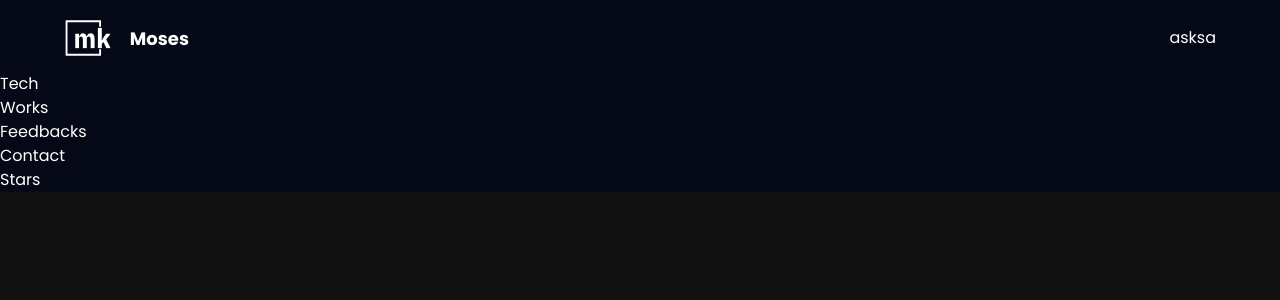
Repository: mosesvk/Portfolio_23
Page: /
An editor plug-in stored every save of this project. The page is shown before and after the next save, followed by the edit.
The browser window is 1280 px wide. The pictures show the whole page.
The project was rebuilt for these pictures with package versions that can differ from the ones it lists, and the page was loaded fresh each time. Also part of the build but not shown: next.config.js, vite.config.js, src/components/canvas/Earth.jsx, src/components/canvas/Ball.jsx, src/components/canvas/Computers.jsx.

Above is the page before, as saved 2023-04-24 16:29:20.

After the next save:
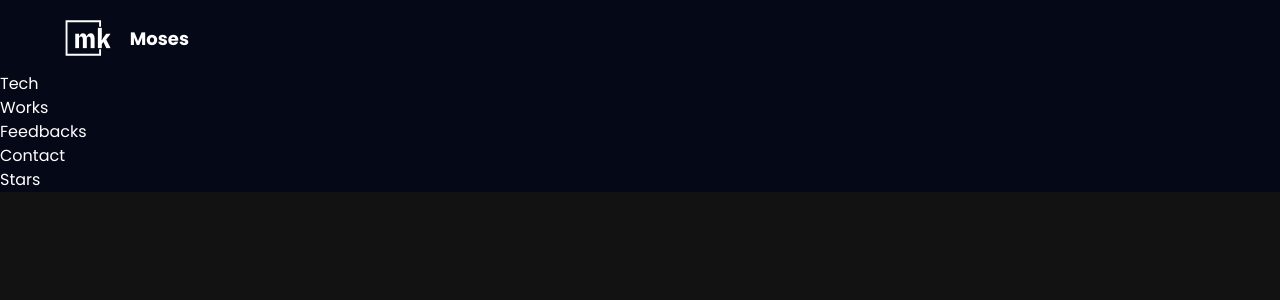
Saved 12 min 34 s later.
--- a/src/components/Navbar.jsx
+++ b/src/components/Navbar.jsx
@@ -22,7 +22,13 @@
           <img src={logo} alt='logo' className='h-9 object-contain'/>
           <p className='text-white text-[18px] font-bold cursor-pointer'>Moses</p>
         </Link>
-        <p className="text-white">asksa</p>
+        <ul className="list-none hidden sm:flex flex-row gap-10">
+          {navLinks.map(() => (
+            <li>
+              <a href={`#${Link.id}`}>{Link.title}</a>
+            </li>
+          ))}
+        </ul>
       </div>
     </nav>
   );
